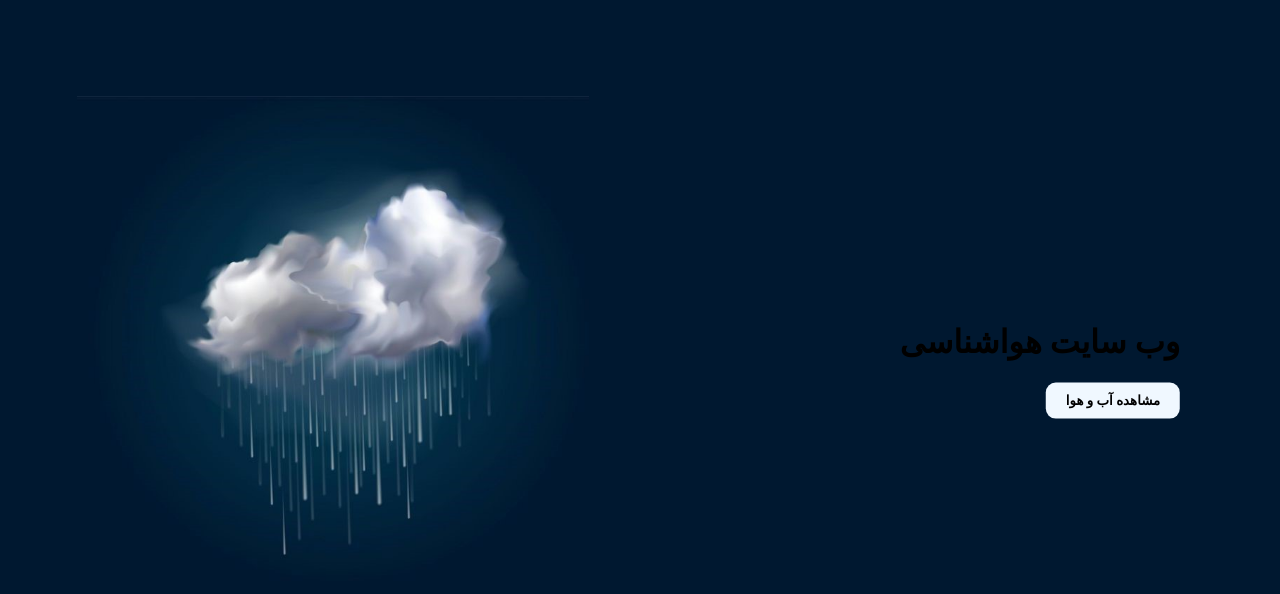
Repository: fateme81yosefi/weather
Page: landing/Landing.html
These files come from the project's save history. The page is drawn as it stood at one moment and after a run of saves; the edit follows.
The browser window is 1280 px wide. The pictures show the whole page.
Some web fonts or font styles are not loaded; a fallback is used.

Above is the page before, as saved 2025-02-02 16:51:06.

After the next 2 saves:
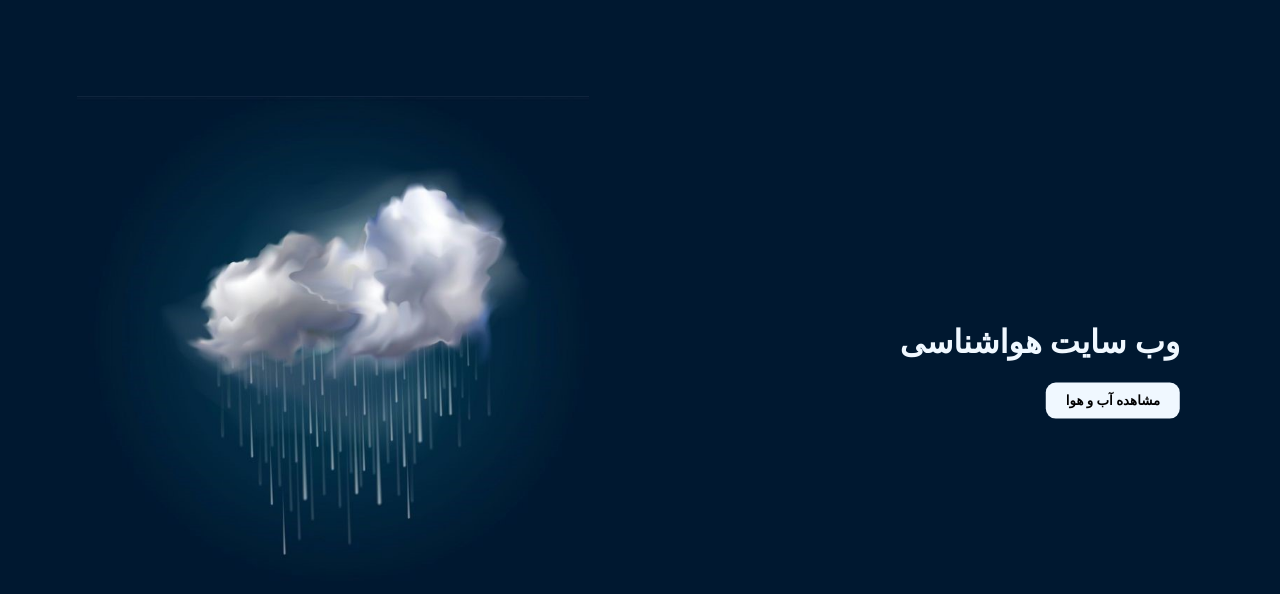
The 2 saves are shown as one change because they came seconds apart.
The last was saved 6 s later.
--- a/landing/style/landing.css
+++ b/landing/style/landing.css
@@ -31,7 +31,7 @@ body {
   top: 50%;
   left: 50%;
   transform: translate(-50%, -50%) translateX(400px);
-
+  color: aliceblue;
 }
 .go-to-weather {
   background-color: aliceblue;
